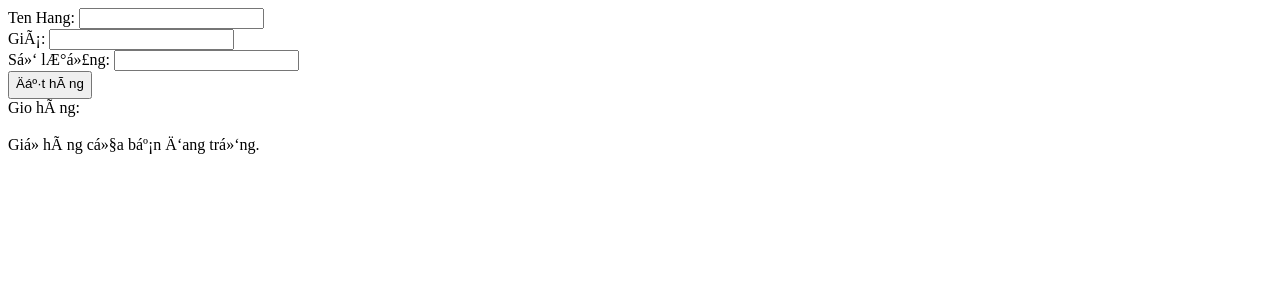
Repository: Biiisme/javanangcao
Page: http://localhost/baitap1-10/DatHang.jsp
The author's editor kept a copy of each file at every save. The page is drawn from the files as they stood at one save, then again after the next save.
The browser window is 1280 px wide. The pictures show the whole page.
The page is served by Tomcat 9.

Above is the page before, as saved 2024-09-29 15:18:07.

After the next save:
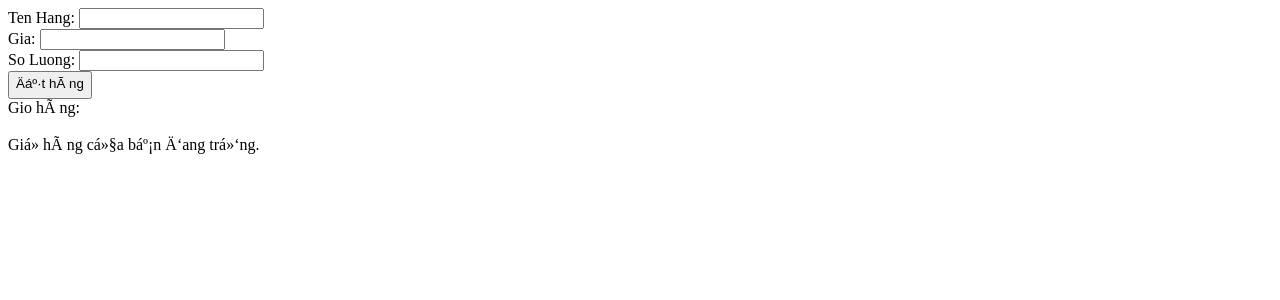
Saved 61 s later.
--- a/baitap1-10/src/main/webapp/DatHang.jsp
+++ b/baitap1-10/src/main/webapp/DatHang.jsp
@@ -9,8 +9,8 @@
 <body>
     <form method="post" action="DatHang.jsp">
         Ten Hang: <input type="text" name="txtth"><br>
-        Giá: <input type="text" name="txtgia"><br>
-        Số lượng: <input type="text" name="txtsl"><br>
+        Gia: <input type="text" name="txtgia"><br>
+        So Luong: <input type="text" name="txtsl"><br>
         <input type="submit" name="un1" value="Đặt hàng">
     </form>
 
